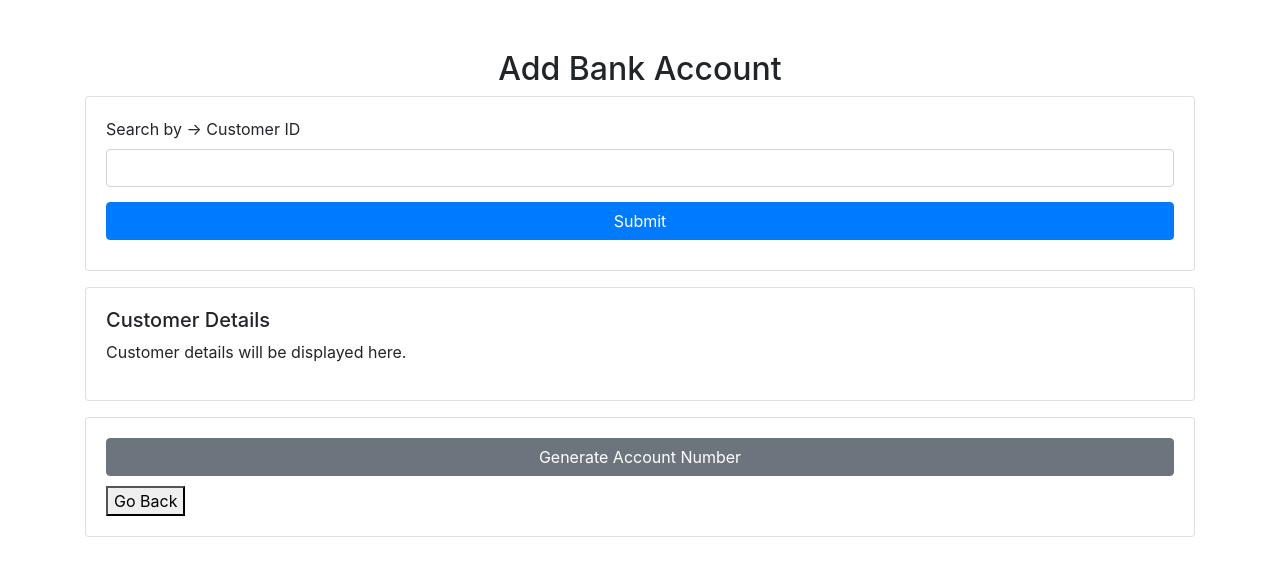
Repository: SuyashAwasthy/Javaee
Page: http://localhost/13-bank-application-mvc/addBankAccountNumber.jsp
These files come from the project's save history. The page is drawn as it stood at one moment and after the next save; the edit follows.
The browser window is 1280 px wide. The pictures show the whole page.
The page is served by Tomcat 9.

Above is the page before, as saved 2024-07-22 09:01:30.

After the next save:
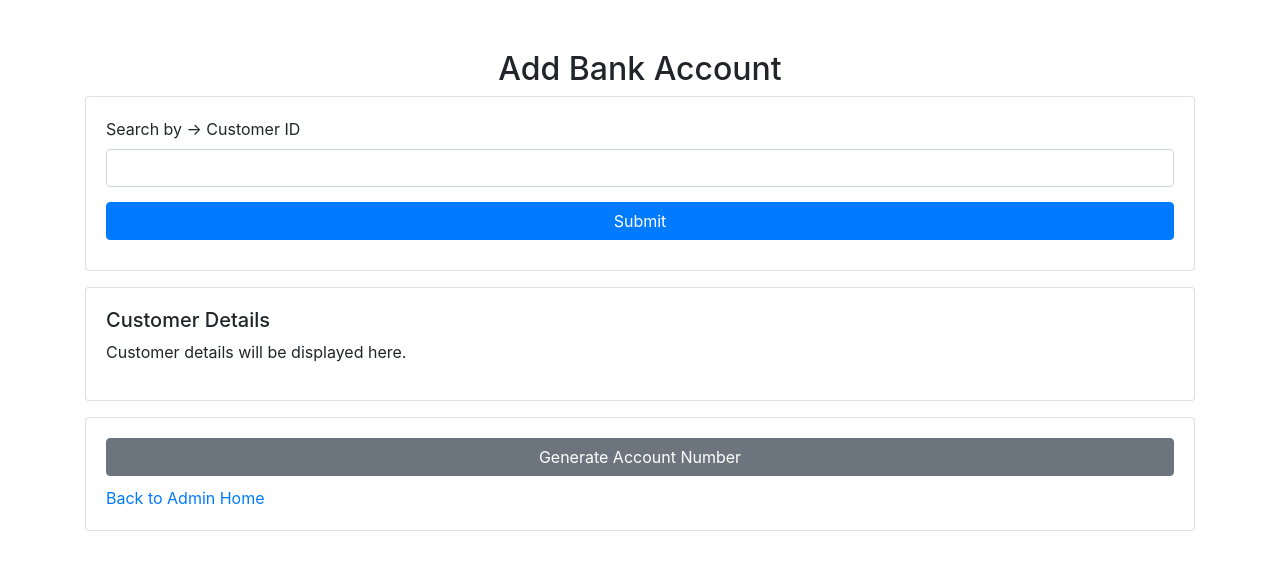
Saved 61 s later.
--- a/13-bank-application-mvc/WebContent/addBankAccountNumber.jsp
+++ b/13-bank-application-mvc/WebContent/addBankAccountNumber.jsp
@@ -53,13 +53,8 @@
 				<form action="generateAccountNumberServlet" method="get">
 					<button type="submit" class="btn btn-secondary">Generate
 						Account Number</button>
-					<button class="go-back-btn" onclick="goBack()">Go Back</button>
-
-					<script>
-						function goBack() {
-							window.history.back();
-						}
-					</script>
+					<a href="adminHome.jsp" class="button">Back to Admin
+								Home</a>
 				</form>
 			</div>
 		</div>
